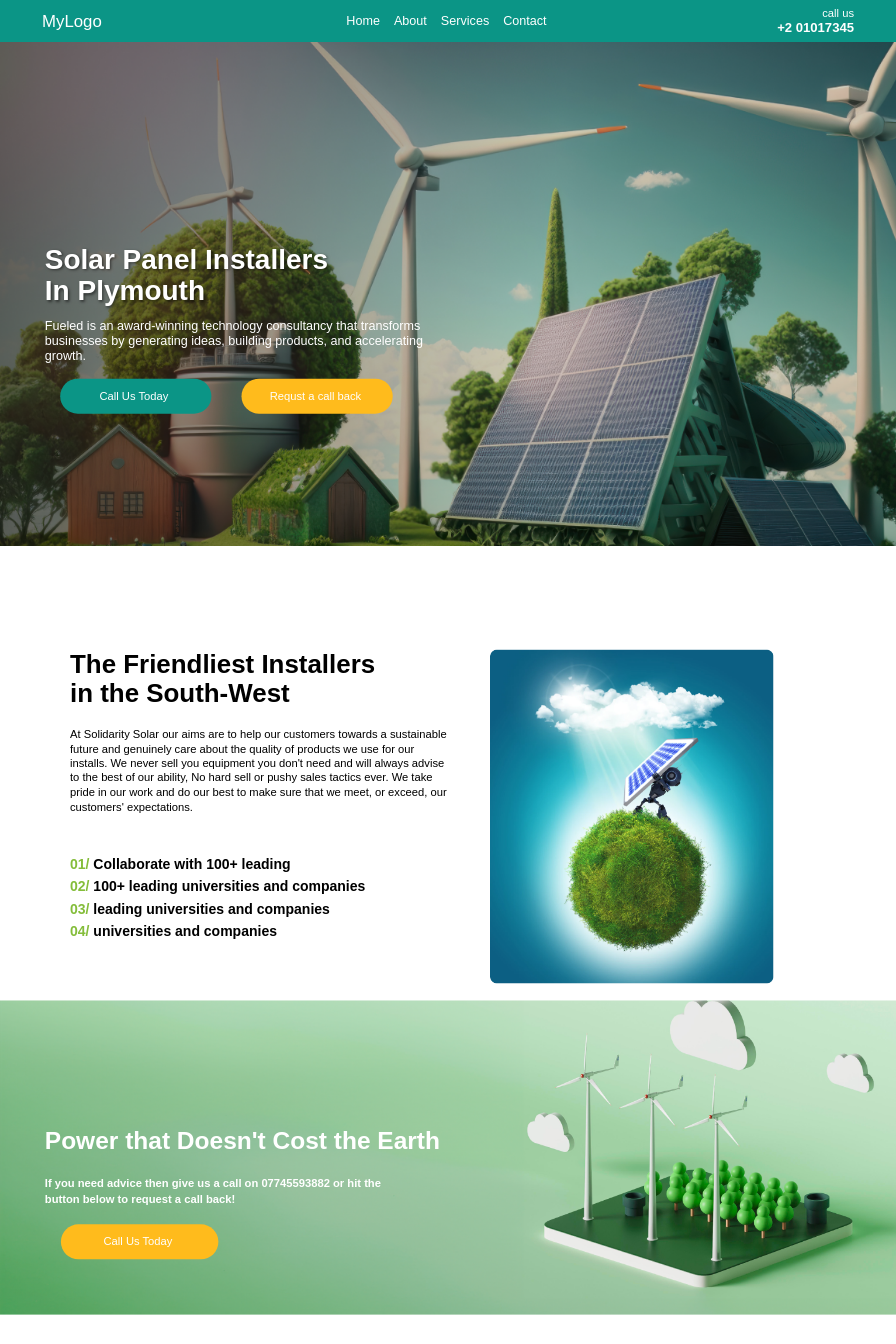
Repository: MaramNabil872/Landing-Page
Page: landingPage.html
The author's editor kept a copy of each file at every save. The page is drawn from the files as they stood at one save, then again after the next save.
The browser window is 1280 px wide. The pictures show the part of the page from y = 0 to 1920 px (the page is 4721 px tall), at 70% of full size.
A picture or video elsewhere on the page could not be fetched, so the positions and the page height are approximate.

Above is the page before, as saved 2024-10-22 13:04:27.

After the next save:
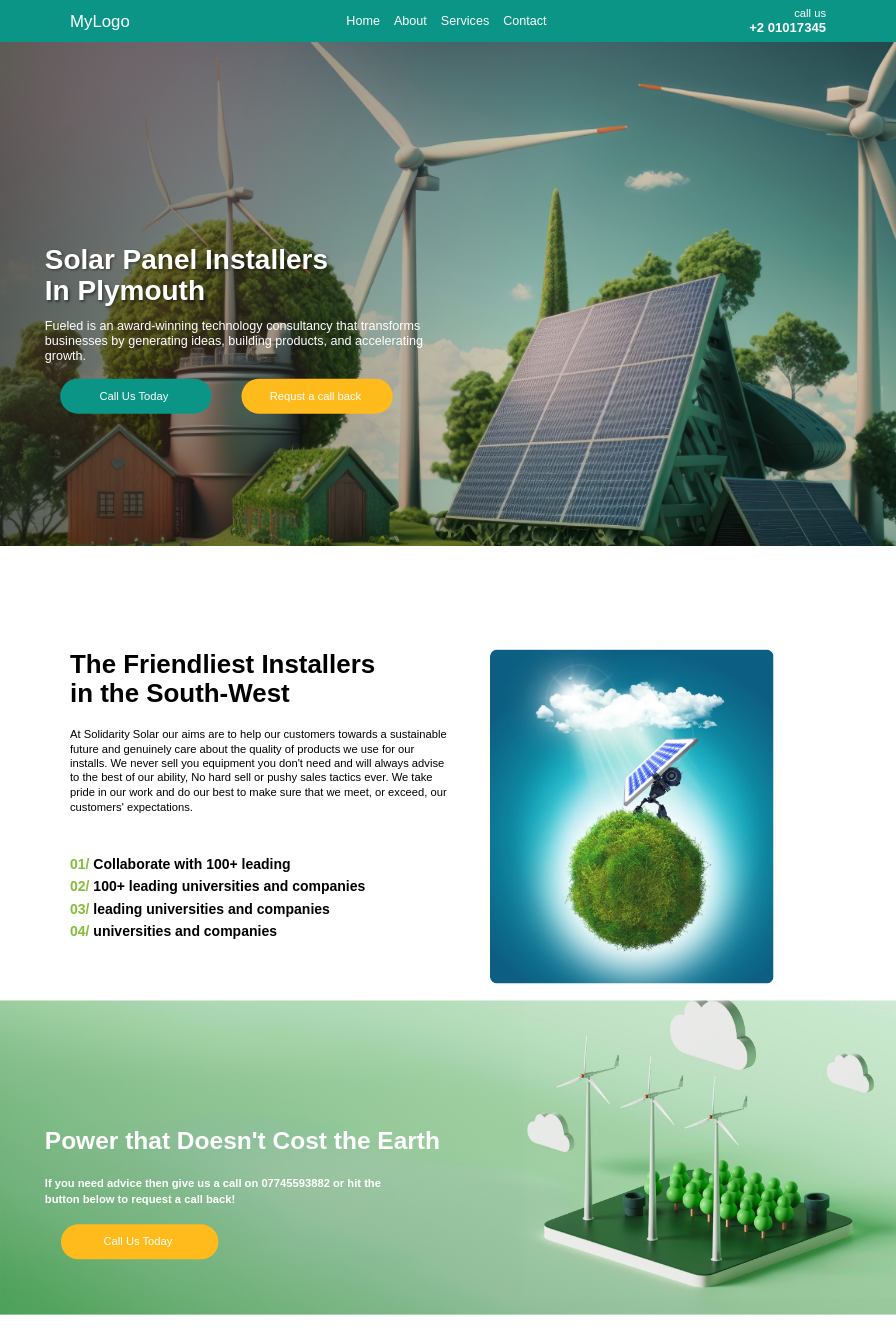
Saved 43 s later.
--- a/landingPage.css
+++ b/landingPage.css
@@ -42,7 +42,7 @@ body {
     display: flex;
     justify-content: space-between;
     align-items: center;
-    padding: 10px 60px;
+    padding: 10px 100px;
     position: relative;
     flex-wrap: wrap; /* Allow items to wrap on smaller screens */
 }
